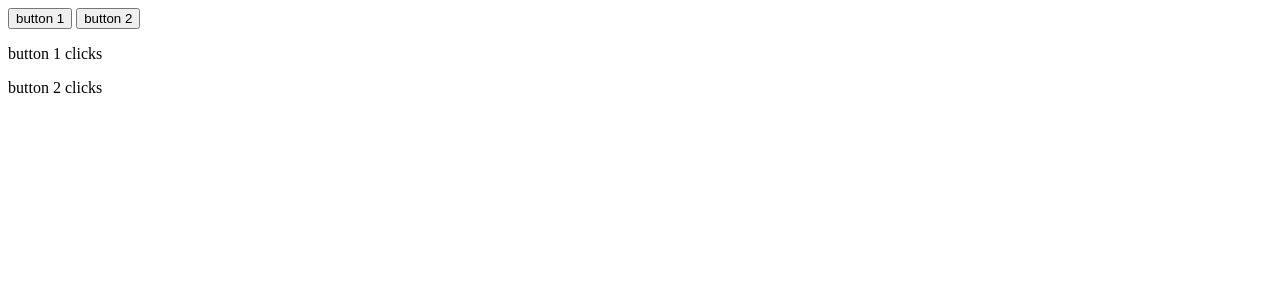
Repository: PoojaShirwaikar/BlockhainTest
Page: javascript/JQueryDemo/WebContent/trigger.html
The author's editor kept a copy of each file at every save. The page is drawn from the files as they stood at one save, then again after the next save.
The browser window is 1280 px wide. The pictures show the whole page.
Some web libraries are served in a nearby version.

Above is the page before, as saved 2017-11-13 07:57:54.

### javascript/JQueryDemo/WebContent/trigger.html
<!DOCTYPE html>
<html>
<head>
<meta charset="ISO-8859-1">
<title>Insert title here</title>
<script src="https://code.jquery.com/jquery-3.2.1.js"></script>
<script>
	$(function() {
		var count1 = 0;
		var count2 = 0;

		$("body").on("click", "#b1", clicked1);
		$("body").on("click", "#b2", clicked2);

		function clicked1() {

			count1++;
		}
		function clicked2() {
			$("#b1").trigger("click");
			count2++;
		}

	});
</script>
</head>
<body>
	<button id="b1">button 1</button>
	<button id="b2">button 2</button>
	<p>button 1 clicks</p>
	<p>button 2 clicks</p>


</body>
</html>

After the next save:
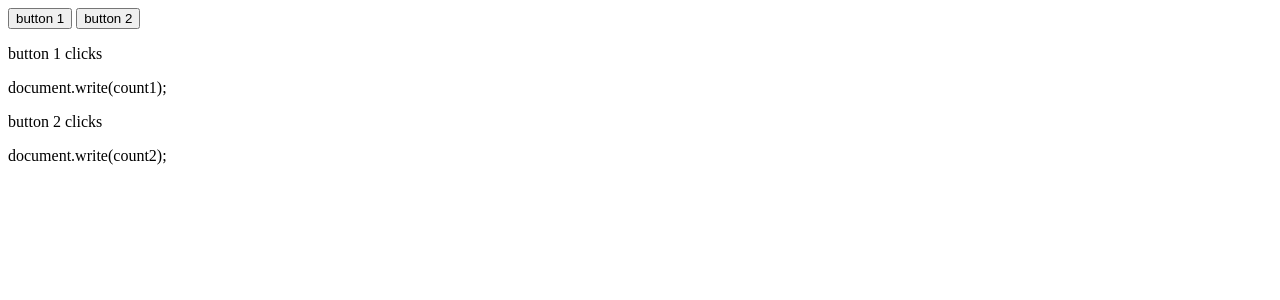
Saved 41 s later.
--- a/javascript/JQueryDemo/WebContent/trigger.html
+++ b/javascript/JQueryDemo/WebContent/trigger.html
@@ -28,7 +28,9 @@
 	<button id="b1">button 1</button>
 	<button id="b2">button 2</button>
 	<p>button 1 clicks</p>
+	document.write(count1);
 	<p>button 2 clicks</p>
+	document.write(count2);
 
 
 </body>
